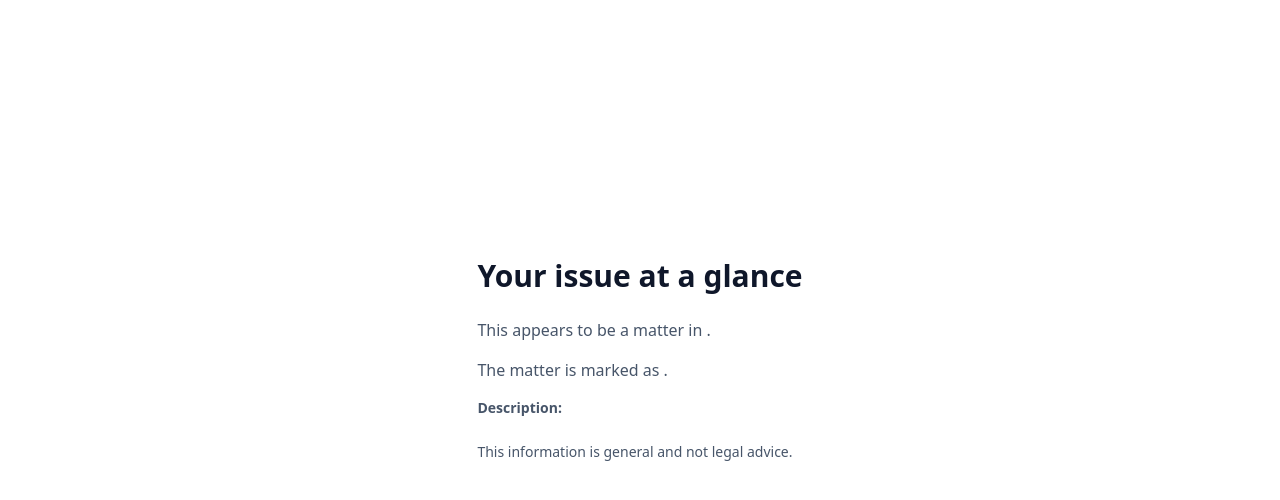
Repository: Aroxy22/legal-res
Page: /intake/summary
An editor plug-in stored every save of this project. The page is shown before and after the next save, followed by the edit.
The browser window is 1280 px wide. The pictures show the whole page.
The project was rebuilt for these pictures with package versions that can differ from the ones it lists, and the page was loaded fresh each time. The framework's server and built-in components were replaced by stand-ins that run in the browser. Also part of the build but not shown: next.config.ts.

Above is the page before, as saved 2025-12-22 01:48:15.

### app/intake/layout.tsx
import { IntakeProvider } from "./_context/IntakeContext";

export default function IntakeLayout({
  children,
}: {
  children: React.ReactNode;
}) {
  return <IntakeProvider>{children}</IntakeProvider>;
}

### app/intake/summary/page.tsx
"use client";

import { useIntake } from "../_context/IntakeContext";

export default function IntakeSummary() {
  const { data } = useIntake();

  return (
    <div className="min-h-screen bg-white flex items-center justify-center px-6">
      <div className="max-w-2xl">
        <h2 className="text-3xl font-semibold text-textPrimary">
          Your issue at a glance
        </h2>

        <p className="mt-6 text-textSecondary">
          This appears to be a <strong>{data.category}</strong> matter
          in <strong>{data.city}</strong>
          {data.court ? `, involving ${data.court}` : ""}.
        </p>

        <p className="mt-4 text-textSecondary">
          The matter is marked as <strong>{data.urgency}</strong>.
          {data.hasDocuments !== undefined &&
            ` Documents are ${data.hasDocuments ? "available" : "not available"}.`}
        </p>

        <p className="mt-4 text-sm text-textSecondary">
          <strong>Description:</strong> {data.description}
        </p>

        <p className="mt-6 text-sm text-textSecondary">
          This information is general and not legal advice.
        </p>
      </div>
    </div>
  );
}

### app/globals.css
@tailwind base;
@tailwind components;
@tailwind utilities;

/* sanity check */
html {
  background-color: white;
}

### app/intake/_context/IntakeContext.tsx
"use client";

import { createContext, useContext, useState } from "react";

export type IntakeData = {
  category?: string;
  city?: string;
  court?: string;
  language?: string;
  urgency?: string;
  hasDocuments?: boolean;
  description?: string;
};

type IntakeContextType = {
  data: IntakeData;
  update: (values: Partial<IntakeData>) => void;
};

const IntakeContext = createContext<IntakeContextType | undefined>(undefined);

export function IntakeProvider({ children }: { children: React.ReactNode }) {
  const [data, setData] = useState<IntakeData>({});

  const update = (values: Partial<IntakeData>) => {
    setData((prev) => ({ ...prev, ...values }));
  };

  return (
    <IntakeContext.Provider value={{ data, update }}>
      {children}
    </IntakeContext.Provider>
  );
}

export function useIntake() {
  const context = useContext(IntakeContext);
  if (!context) {
    throw new Error("useIntake must be used within IntakeProvider");
  }
  return context;
}

### tailwind.config.js
/** @type {import('tailwindcss').Config} */
module.exports = {
  content: [
    "./app/**/*.{js,ts,jsx,tsx}",
    "./components/**/*.{js,ts,jsx,tsx}",
  ],
  theme: {
    extend: {
      colors: {
        primary: "#2563EB",
        primaryHover: "#1D4ED8",
        textPrimary: "#0F172A",
        textSecondary: "#475569",
        borderSubtle: "#E2E8F0",
      },
    },
  },
  plugins: [],
};

Loaded but not shown: app/layout.tsx (common file)

After the next save:
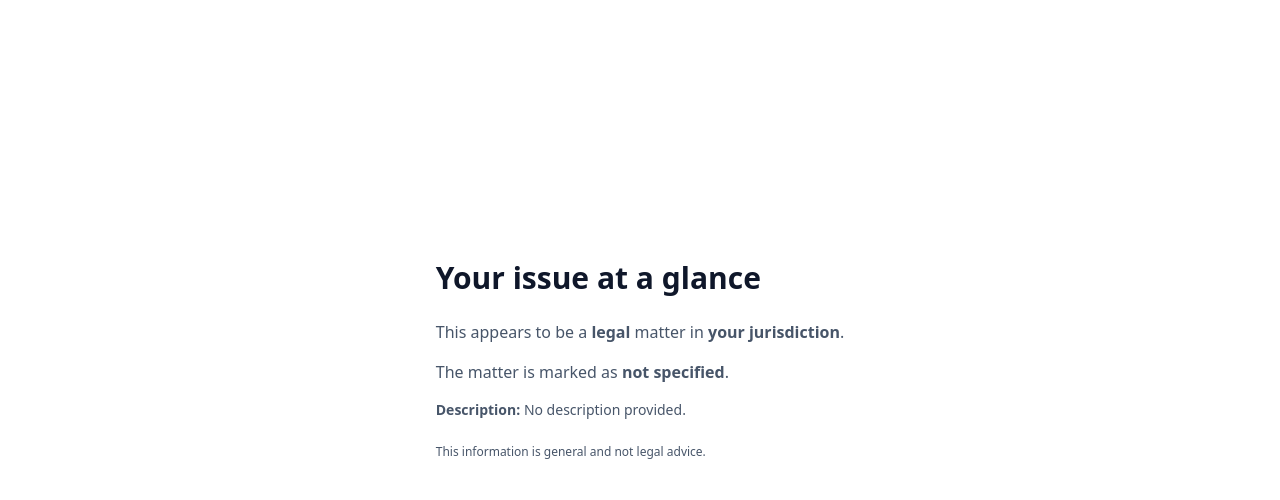
Saved 11 s later.
--- a/app/intake/summary/page.tsx
+++ b/app/intake/summary/page.tsx
@@ -13,22 +13,27 @@ export default function IntakeSummary() {
         </h2>
 
         <p className="mt-6 text-textSecondary">
-          This appears to be a <strong>{data.category}</strong> matter
-          in <strong>{data.city}</strong>
+          This appears to be a{" "}
+          <strong>{data.category ?? "legal"}</strong> matter in{" "}
+          <strong>{data.city ?? "your jurisdiction"}</strong>
           {data.court ? `, involving ${data.court}` : ""}.
         </p>
 
         <p className="mt-4 text-textSecondary">
-          The matter is marked as <strong>{data.urgency}</strong>.
+          The matter is marked as{" "}
+          <strong>{data.urgency ?? "not specified"}</strong>.
           {data.hasDocuments !== undefined &&
-            ` Documents are ${data.hasDocuments ? "available" : "not available"}.`}
+            ` Documents are ${
+              data.hasDocuments ? "available" : "not available"
+            }.`}
         </p>
 
         <p className="mt-4 text-sm text-textSecondary">
-          <strong>Description:</strong> {data.description}
+          <strong>Description:</strong>{" "}
+          {data.description ?? "No description provided."}
         </p>
 
-        <p className="mt-6 text-sm text-textSecondary">
+        <p className="mt-6 text-xs text-textSecondary">
           This information is general and not legal advice.
         </p>
       </div>
